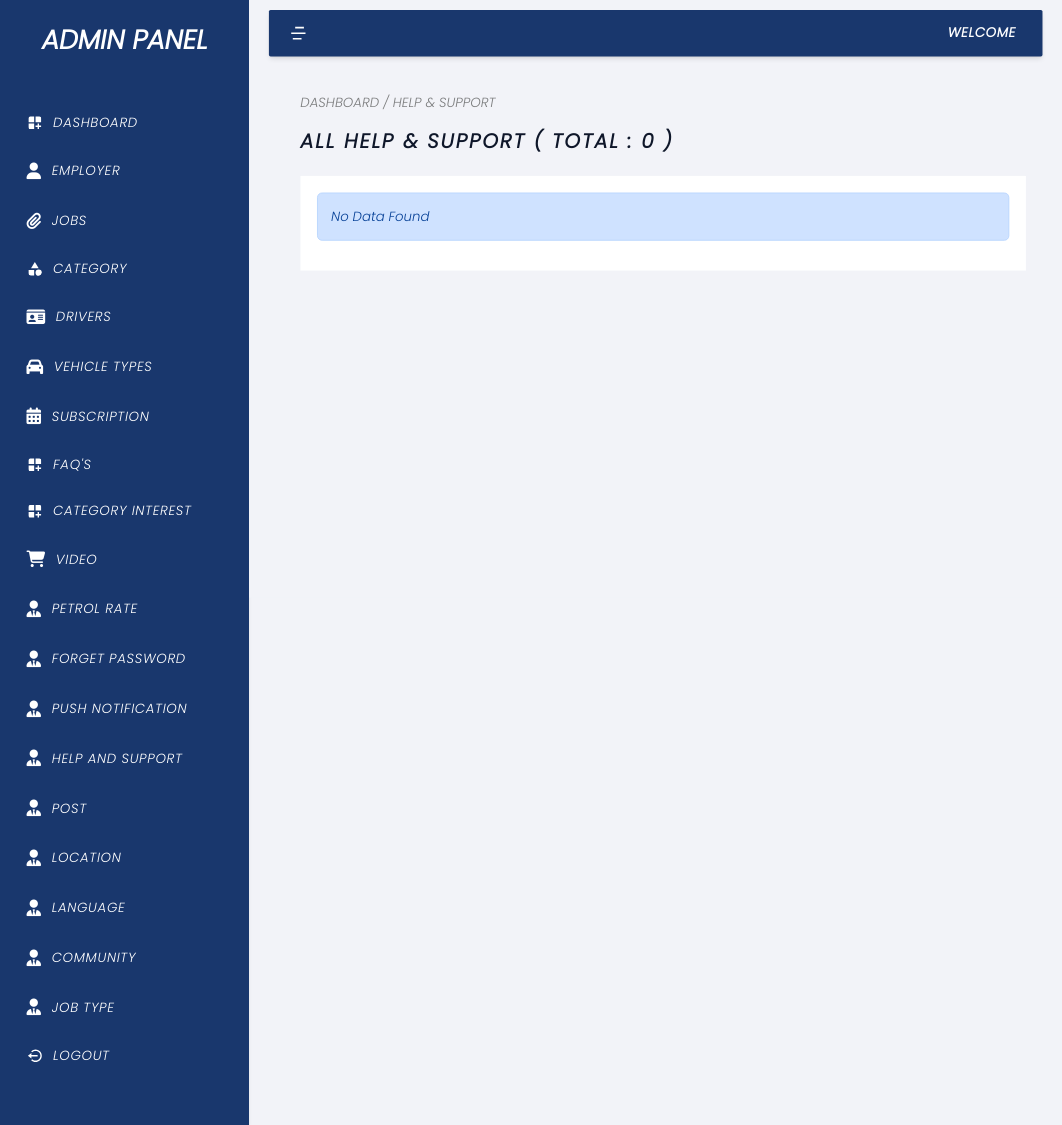
Repository: FlyweisReact/Grish-Job-Panel
Page: /help_support
These files come from the project's save history. The page is drawn as it stood at one moment and after the next save; the edit follows.
The browser window is 1280 px wide. The pictures show the whole page, at 83% of full size.
The page's requests for data from a server got no answer. Some web libraries are served in a nearby version. The project was rebuilt for these pictures with package versions that can differ from the ones it lists, and the page was loaded fresh each time. No one was signed in, and anything a server would have sent is missing. Also part of the build but not shown: src/E-CommerceAdmin/forms/Login.jsx, src/Repository/Employer.js, src/E-CommerceAdmin/pages/Dashboard.jsx, src/E-CommerceAdmin/pages/EAdminOrders.js, src/E-CommerceAdmin/pages/ESubCategory.js, src/E-CommerceAdmin/pages/PushNotification.js, src/E-CommerceAdmin/pages/Component/Filter.js, src/E-CommerceAdmin/pages/Component/Heading.js and 18 more.

Above is the page before, as saved 2023-07-03 15:18:55.

After the next save:
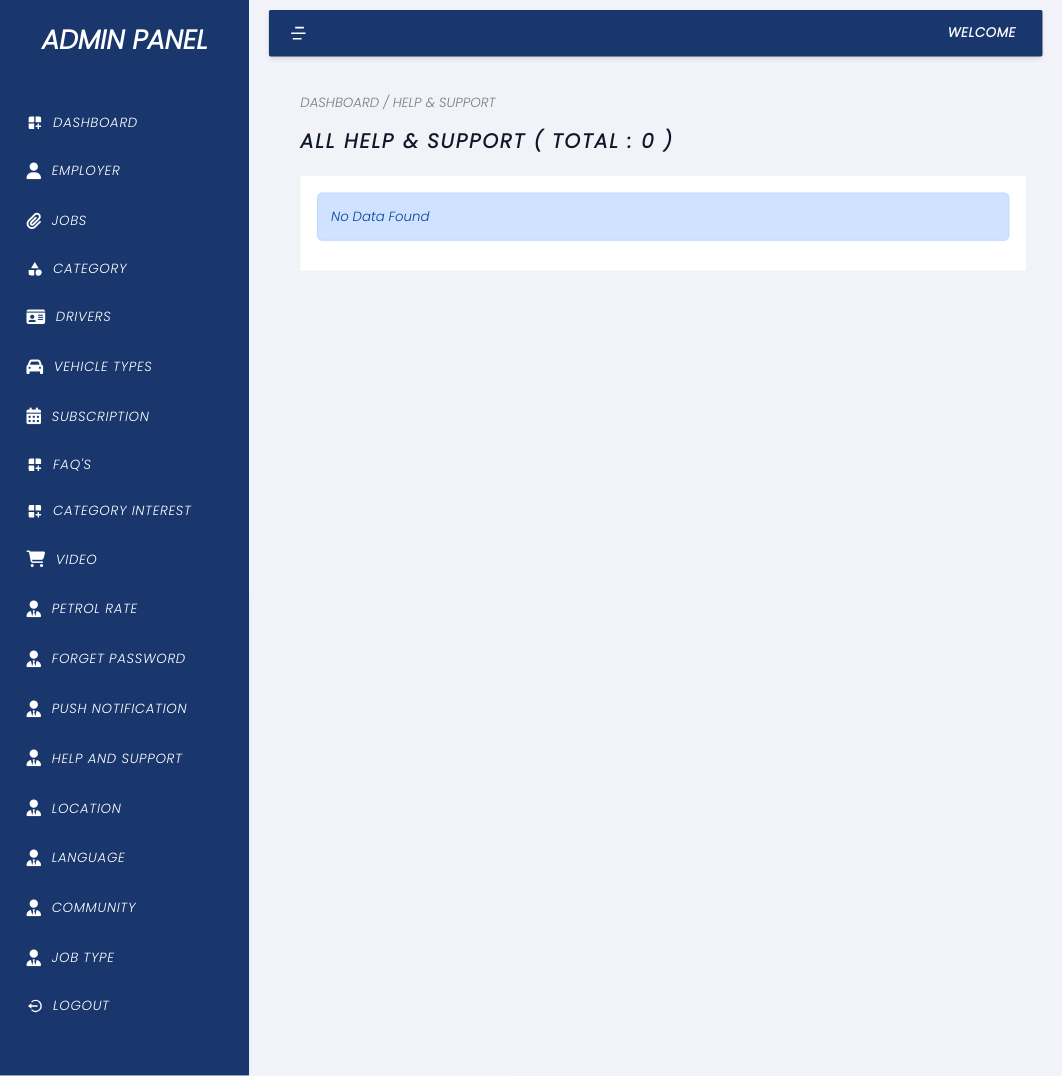
Saved 57 s later.
--- a/src/E-CommerceAdmin/layout/Sidebar.jsx
+++ b/src/E-CommerceAdmin/layout/Sidebar.jsx
@@ -95,11 +95,6 @@ const Sidebar = ({ hamb, setHamb }) => {
     },
     {
       icon: <i className="fa-solid fa-user-tie text-xl mr-3 rounded-full"></i>,
-      link: "/post",
-      name: "Post",
-    },
-    {
-      icon: <i className="fa-solid fa-user-tie text-xl mr-3 rounded-full"></i>,
       link: "/location",
       name: "Location",
     },
